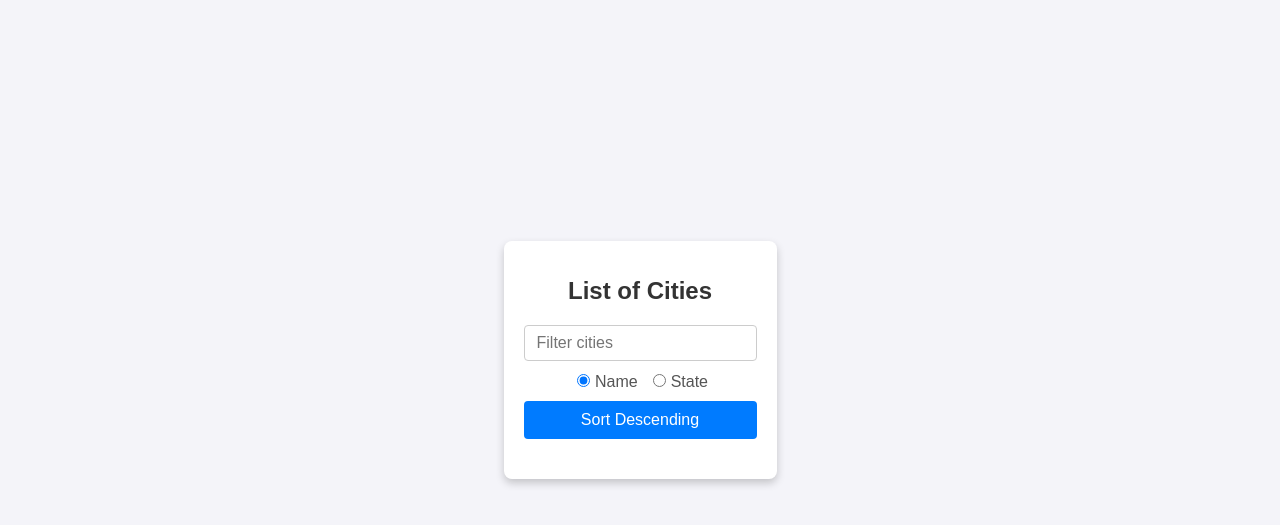
Repository: masonma21/city-list-app
Page: /
The author's editor kept a copy of each file at every save. The page is drawn from the files as they stood at one save, then again after the next save.
The browser window is 1280 px wide. The pictures show the whole page.
The page's requests for data from a server got no answer. The project was rebuilt for these pictures with package versions that can differ from the ones it lists, and the page was loaded fresh each time. No one was signed in, and anything a server would have sent is missing.

Above is the page before, as saved 2024-11-05 14:42:09.

### src/App.js
import React, { useState, useEffect } from 'react';
import './App.css';

function App() {
  const [cities, setCities] = useState([]);
  const [loading, setLoading] = useState(true);
  const [query, setQuery] = useState('');
  const [sortKey, setSortKey] = useState('name');
  const [sortDirection, setSortDirection] = useState('ascending');

  useEffect(() => {
    // Fetch the data as before
    fetch('https://roots.thecompernolles.com/cities.json')
      .then((response) => response.json())
      .then((data) => {
        setCities(data);
        // Add a 0.5-second delay before hiding the loading screen
        setTimeout(() => {
          setLoading(false);
        }, 500);
      })
      .catch((error) => {
        console.error('Error fetching cities:', error);
        setLoading(false); // Hide the loading screen immediately on error
      });
  }, []);

  const filteredCities = React.useMemo(() => {
    return cities.filter((city) => {
      return (
        city.name.toLowerCase().includes(query.toLowerCase()) ||
        city.state.toLowerCase().includes(query.toLowerCase())
      );
    });
  }, [cities, query]);

  const sortedCities = React.useMemo(() => {
    let sortableCities = [...filteredCities];
    sortableCities.sort((a, b) => {
      const aKey = a[sortKey].toLowerCase();
      const bKey = b[sortKey].toLowerCase();
      if (aKey < bKey) {
        return sortDirection === 'ascending' ? -1 : 1;
      }
      if (aKey > bKey) {
        return sortDirection === 'ascending' ? 1 : -1;
      }
      return 0;
    });
    return sortableCities;
  }, [filteredCities, sortKey, sortDirection]);

  if (loading) {
    return (
      <div className="loading-screen">
        <div className="spinner"></div>
        <h2>Loading cities...</h2>
      </div>
    );
  }

  return (
    <div className="container">
      <h1>List of Cities</h1>

      <div className="controls">
        <input
          type="text"
          placeholder="Filter cities"
          value={query}
          onChange={(e) => setQuery(e.target.value)}
        />

        <div className="sort-key">
          <label>
            <input
              type="radio"
              value="name"
              checked={sortKey === 'name'}
              onChange={(e) => setSortKey(e.target.value)}
            />
            Name
          </label>
          <label>
            <input
              type="radio"
              value="state"
              checked={sortKey === 'state'}
              onChange={(e) => setSortKey(e.target.value)}
            />
            State
          </label>
        </div>

        <button onClick={() => setSortDirection(sortDirection === 'ascending' ? 'descending' : 'ascending')}>
          Sort {sortDirection === 'ascending' ? 'Descending' : 'Ascending'}
        </button>
      </div>

      <ul>
        {sortedCities.map((city) => (
          <li key={city.id}>
            {city.name}, {city.state}
          </li>
        ))}
      </ul>
    </div>
  );
}

export default App;

### src/App.css
/* App.css */

body {
  font-family: Arial, sans-serif;
  background-color: #f4f4f9;
  margin: 0;
  display: flex;
  align-items: center;
  justify-content: center;
  height: 100vh;
}

.container {
  max-width: 400px;
  background-color: #ffffff;
  border-radius: 8px;
  box-shadow: 0 4px 8px rgba(0, 0, 0, 0.2);
  padding: 20px;
  text-align: center;
}

h1 {
  font-size: 24px;
  color: #333333;
  margin-bottom: 20px;
}

.controls {
  display: flex;
  flex-direction: column;
  gap: 10px;
  margin-bottom: 20px;
}

input[type="text"] {
  width: 100%;
  padding: 8px 12px;
  font-size: 16px;
  border: 1px solid #ccc;
  border-radius: 4px;
  box-sizing: border-box;
}

.sort-key {
  display: flex;
  justify-content: center;
  gap: 10px;
}

.sort-key label {
  font-size: 16px;
  color: #555555;
}

.sort-key input[type="radio"] {
  margin-right: 5px;
}

button {
  padding: 10px;
  font-size: 16px;
  color: #ffffff;
  background-color: #007bff;
  border: none;
  border-radius: 4px;
  cursor: pointer;
  transition: background-color 0.3s ease;
}

button:hover {
  background-color: #0056b3;
}

ul {
  list-style-type: none;
  padding: 0;
}

li {
  font-size: 18px;
  color: #333333;
  padding: 8px 0;
  border-bottom: 1px solid #eee;
}

li:last-child {
  border-bottom: none;
}

Loaded but not shown: public/index.html (common file); src/index.js (common file); src/index.css (common file); src/reportWebVitals.js (common file)

After the next save:
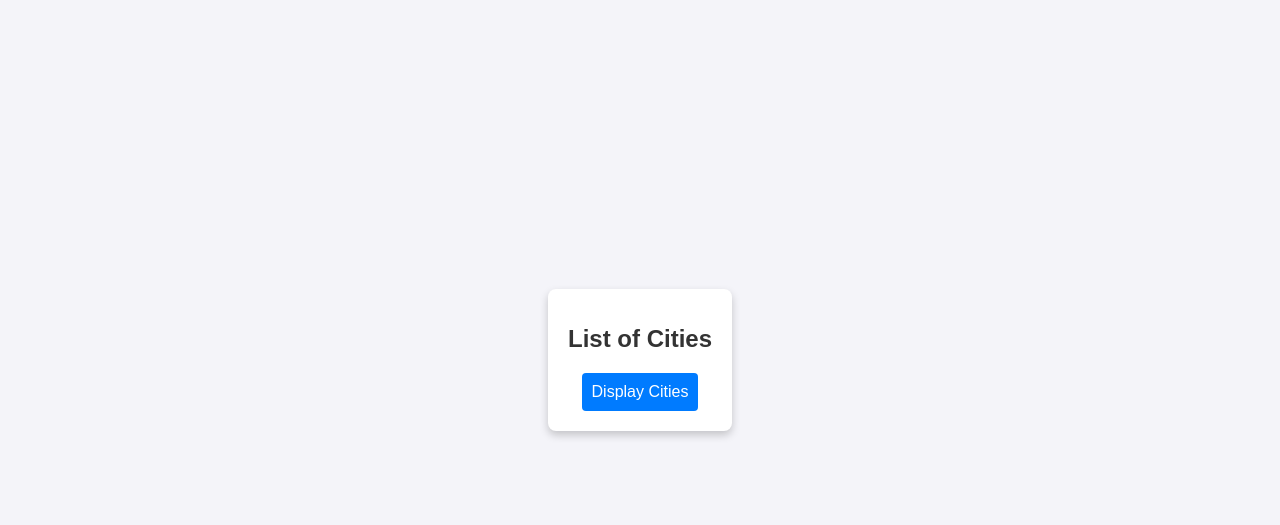
Saved 2 min 23 s later.
--- a/src/App.js
+++ b/src/App.js
@@ -3,27 +3,30 @@ import './App.css';
 
 function App() {
   const [cities, setCities] = useState([]);
-  const [loading, setLoading] = useState(true);
+  const [loading, setLoading] = useState(false);
+  const [showCities, setShowCities] = useState(false); // New state to control showing cities
   const [query, setQuery] = useState('');
   const [sortKey, setSortKey] = useState('name');
   const [sortDirection, setSortDirection] = useState('ascending');
 
-  useEffect(() => {
-    // Fetch the data as before
+  // Function to handle button click to display cities
+  const handleDisplayCities = () => {
+    setLoading(true);
+    setShowCities(false); // Ensure cities are hidden initially
     fetch('https://roots.thecompernolles.com/cities.json')
       .then((response) => response.json())
       .then((data) => {
         setCities(data);
-        // Add a 0.5-second delay before hiding the loading screen
         setTimeout(() => {
           setLoading(false);
-        }, 500);
+          setShowCities(true); // Show cities after loading
+        }, 500); // 0.5-second delay
       })
       .catch((error) => {
         console.error('Error fetching cities:', error);
-        setLoading(false); // Hide the loading screen immediately on error
+        setLoading(false);
       });
-  }, []);
+  };
 
   const filteredCities = React.useMemo(() => {
     return cities.filter((city) => {
@@ -63,47 +66,59 @@ function App() {
     <div className="container">
       <h1>List of Cities</h1>
 
-      <div className="controls">
-        <input
-          type="text"
-          placeholder="Filter cities"
-          value={query}
-          onChange={(e) => setQuery(e.target.value)}
-        />
+      {/* Display Cities button */}
+      {!showCities && (
+        <button className="display-button" onClick={handleDisplayCities}>
+          Display Cities
+        </button>
+      )}
 
-        <div className="sort-key">
-          <label>
+      {/* Cities list and controls */}
+      {showCities && (
+        <>
+          <div className="controls">
             <input
-              type="radio"
-              value="name"
-              checked={sortKey === 'name'}
-              onChange={(e) => setSortKey(e.target.value)}
+              type="text"
+              placeholder="Filter cities"
+              value={query}
+              onChange={(e) => setQuery(e.target.value)}
             />
-            Name
-          </label>
-          <label>
-            <input
-              type="radio"
-              value="state"
-              checked={sortKey === 'state'}
-              onChange={(e) => setSortKey(e.target.value)}
-            />
-            State
-          </label>
-        </div>
 
-        <button onClick={() => setSortDirection(sortDirection === 'ascending' ? 'descending' : 'ascending')}>
-          Sort {sortDirection === 'ascending' ? 'Descending' : 'Ascending'}
-        </button>
-      </div>
+            <div className="sort-key">
+              <label>
+                <input
+                  type="radio"
+                  value="name"
+                  checked={sortKey === 'name'}
+                  onChange={(e) => setSortKey(e.target.value)}
+                />
+                Name
+              </label>
+              <label>
+                <input
+                  type="radio"
+                  value="state"
+                  checked={sortKey === 'state'}
+                  onChange={(e) => setSortKey(e.target.value)}
+                />
+                State
+              </label>
+            </div>
 
-      <ul>
-        {sortedCities.map((city) => (
-          <li key={city.id}>
-            {city.name}, {city.state}
-          </li>
-        ))}
-      </ul>
+            <button onClick={() => setSortDirection(sortDirection === 'ascending' ? 'descending' : 'ascending')}>
+              Sort {sortDirection === 'ascending' ? 'Descending' : 'Ascending'}
+            </button>
+          </div>
+
+          <ul>
+            {sortedCities.map((city) => (
+              <li key={city.id}>
+                {city.name}, {city.state}
+              </li>
+            ))}
+          </ul>
+        </>
+      )}
     </div>
   );
 }
